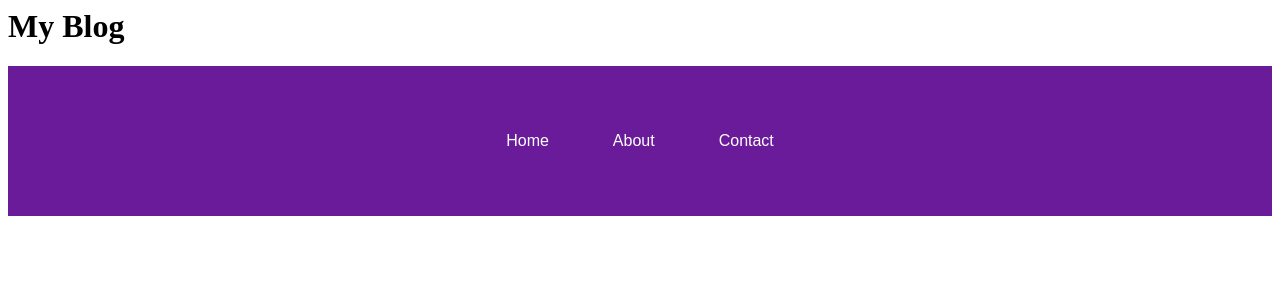
Repository: Femi007-gh/BLOG
Page: index.html
These files come from the project's save history. The page is drawn as it stood at one moment and after a run of saves; the edit follows.
The browser window is 1280 px wide. The pictures show the whole page.

Above is the page before, as saved 2025-01-08 07:23:46.

After the next 2 saves:
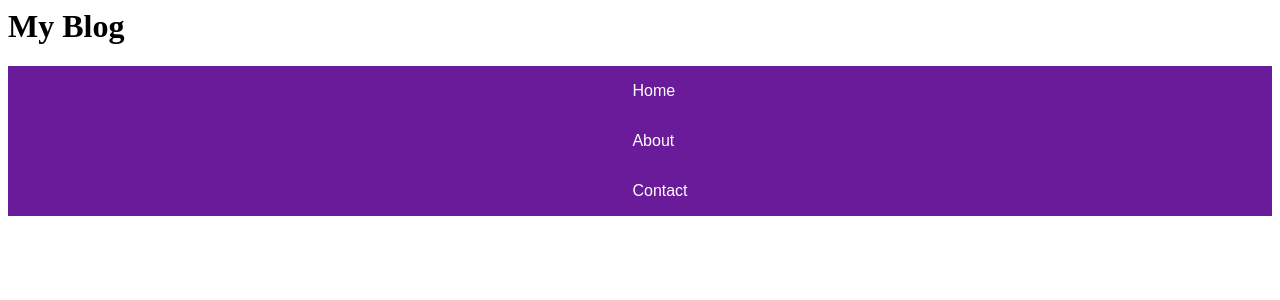
The 2 saves are shown as one change because they came seconds apart.
The last was saved 18 s later.
--- a/style.css
+++ b/style.css
@@ -10,9 +10,7 @@
     ul {
       list-style: none;
       margin-top: 1rem;
-      padding: 0;
-      display: flex;
-      justify-content: center;
+
     }
 
     li {

After the save that followed:
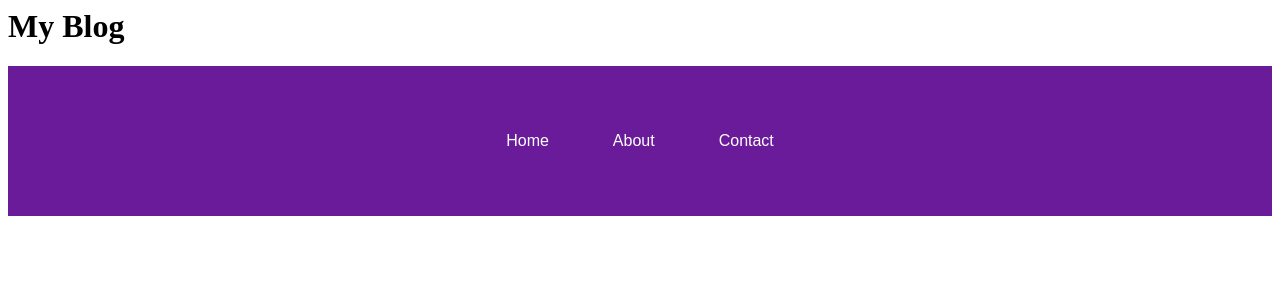
Saved 4 s later.
--- a/style.css
+++ b/style.css
@@ -10,7 +10,9 @@
     ul {
       list-style: none;
       margin-top: 1rem;
-
+    padding: 0;
+      display: flex;
+      justify-content: center;
     }
 
     li {
